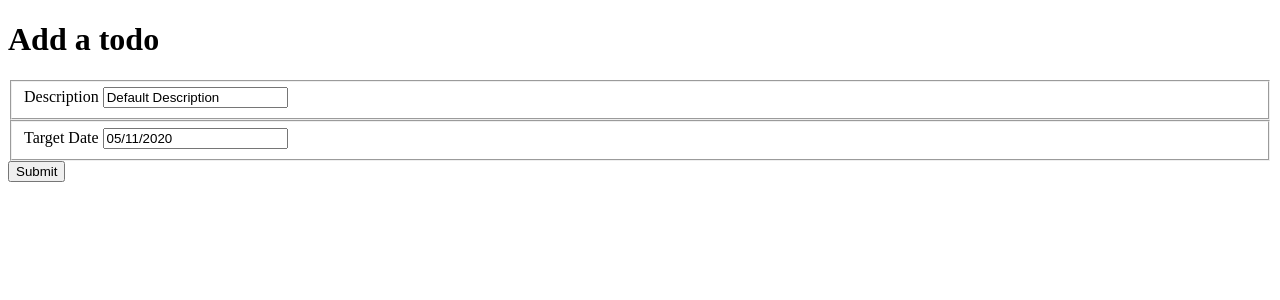
Repository: codelifee/spring-mvc-project
Page: http://localhost/springmvc/add-todo
These files come from the project's save history. The page is drawn as it stood at one moment and after the next save; the edit follows.
The browser window is 1280 px wide. The pictures show the whole page.
The page is served by Tomcat 9.

Above is the page before, as saved 2020-11-17 08:43:59.

After the next save:
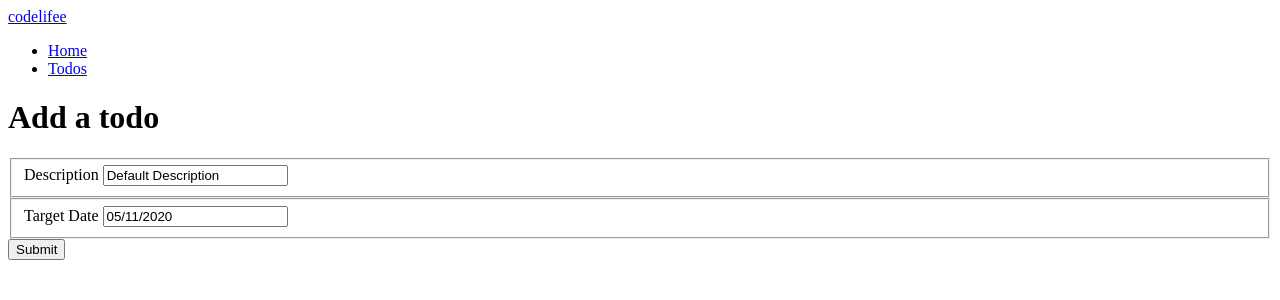
Saved 5 min 57 s later.
--- a/springmvc/src/main/webapp/WEB-INF/views/todo.jsp
+++ b/springmvc/src/main/webapp/WEB-INF/views/todo.jsp
@@ -10,6 +10,9 @@
 <title>Insert title here</title>
 </head>
 <body>
+
+	<%@ include file="common/navigation.jspf" %>
+
 	<div class="container">
 		<H1>Add a todo</H1>
 		<form:form method="post" commandName="todo">

After the save that followed:
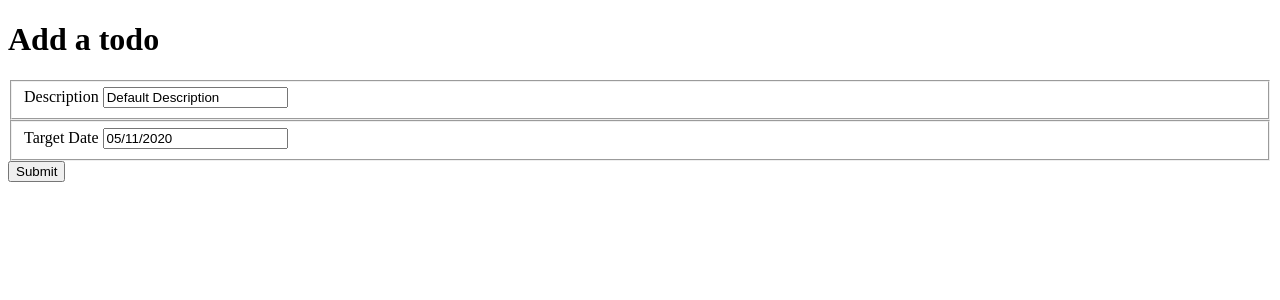
Saved 11 s later.
--- a/springmvc/src/main/webapp/WEB-INF/views/todo.jsp
+++ b/springmvc/src/main/webapp/WEB-INF/views/todo.jsp
@@ -10,8 +10,6 @@
 <title>Insert title here</title>
 </head>
 <body>
-
-	<%@ include file="common/navigation.jspf" %>
 
 	<div class="container">
 		<H1>Add a todo</H1>
